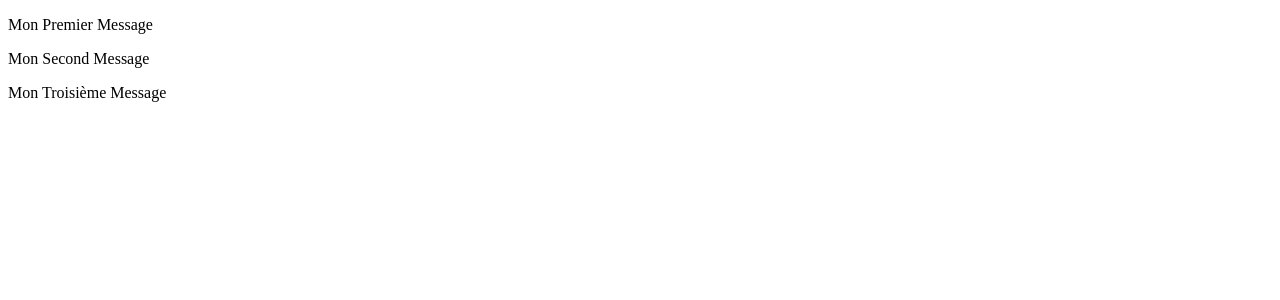
Repository: Symfomany/demoredux
Page: /
These files come from the project's save history. The page is drawn as it stood at one moment and after a run of saves; the edit follows.
The browser window is 1280 px wide. The pictures show the whole page.
The project was rebuilt for these pictures with package versions that can differ from the ones it lists, and the page was loaded fresh each time.

Above is the page before, as saved 2018-06-29 07:21:02.

After the next 2 saves:
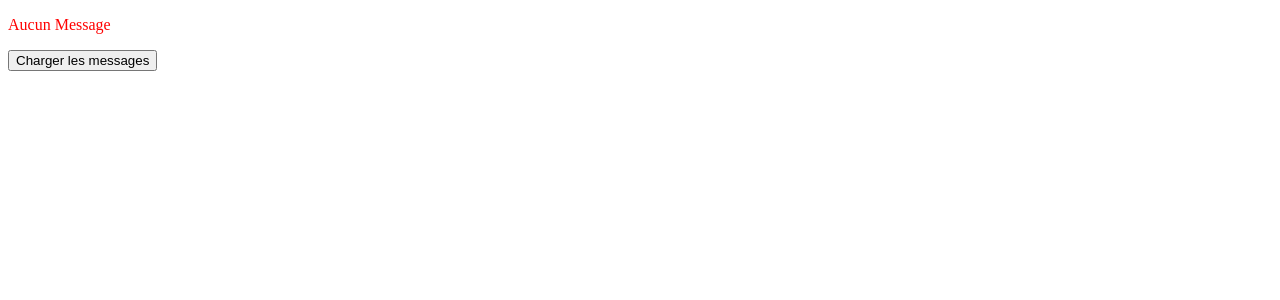
The 2 saves are shown as one change because 1 did not build or start.
The last was saved 112 s later.
--- a/src/reducers/MessagesReducer.js
+++ b/src/reducers/MessagesReducer.js
@@ -16,6 +16,8 @@ export default (state = initialState, action) => {
     case MESSAGES_LIST:
       return state;
     default:
-      return state;
+      return {
+        messages: []
+      };
   }
 };
